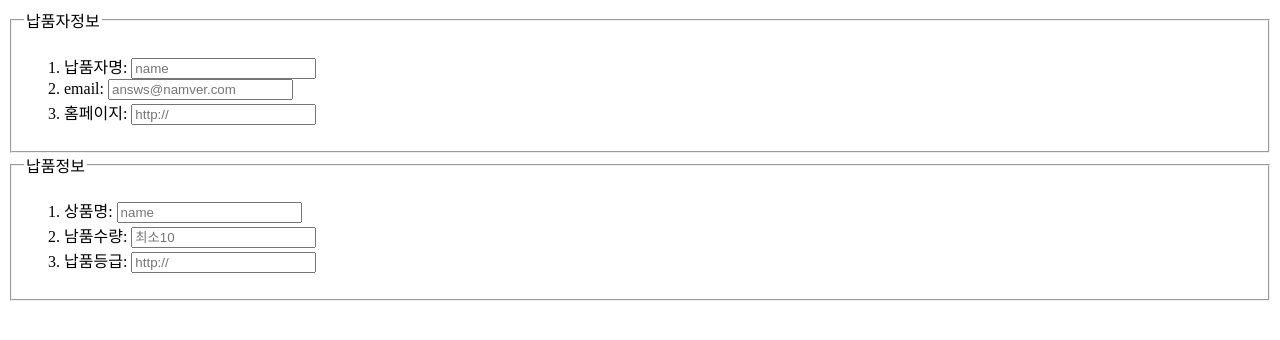
Repository: giwon8701/Qclass_KH
Page: Workspace_Java/testWebProject/WebContent/resources/views/test/productForm.html
An editor plug-in stored every save of this project. The page is shown before and after the next save, followed by the edit.
The browser window is 1280 px wide. The pictures show the whole page.

Above is the page before, as saved 2021-01-11 01:16:33.

After the next save:
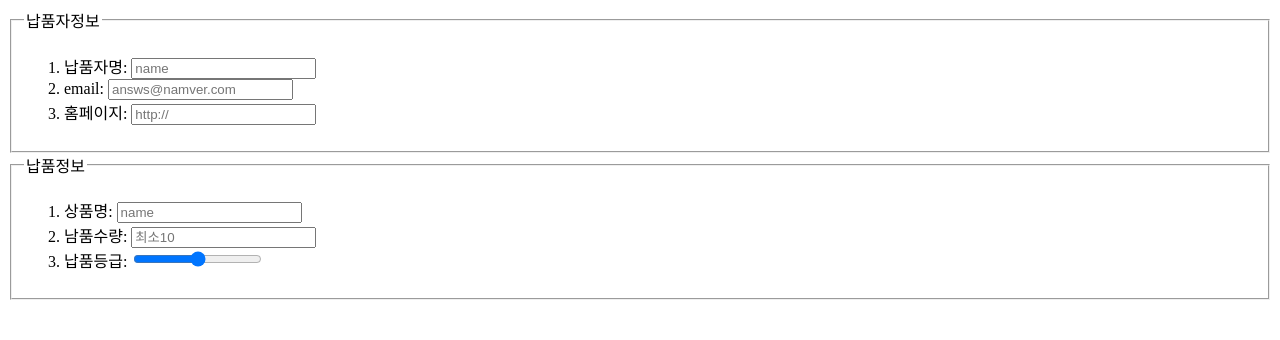
Saved 9 s later.
--- a/Workspace_Java/testWebProject/WebContent/resources/views/test/productForm.html
+++ b/Workspace_Java/testWebProject/WebContent/resources/views/test/productForm.html
@@ -41,7 +41,7 @@
 
 			<li>
 			<label for="grade">납품등급:</label>
-			<input type="text" id="homepage" placeholder="http://" autocomplete="on" required>
+			<input type="range" id="homepage" placeholder="http://" autocomplete="on" required>
 			</li>
 		</ol>
 	</fieldset>
